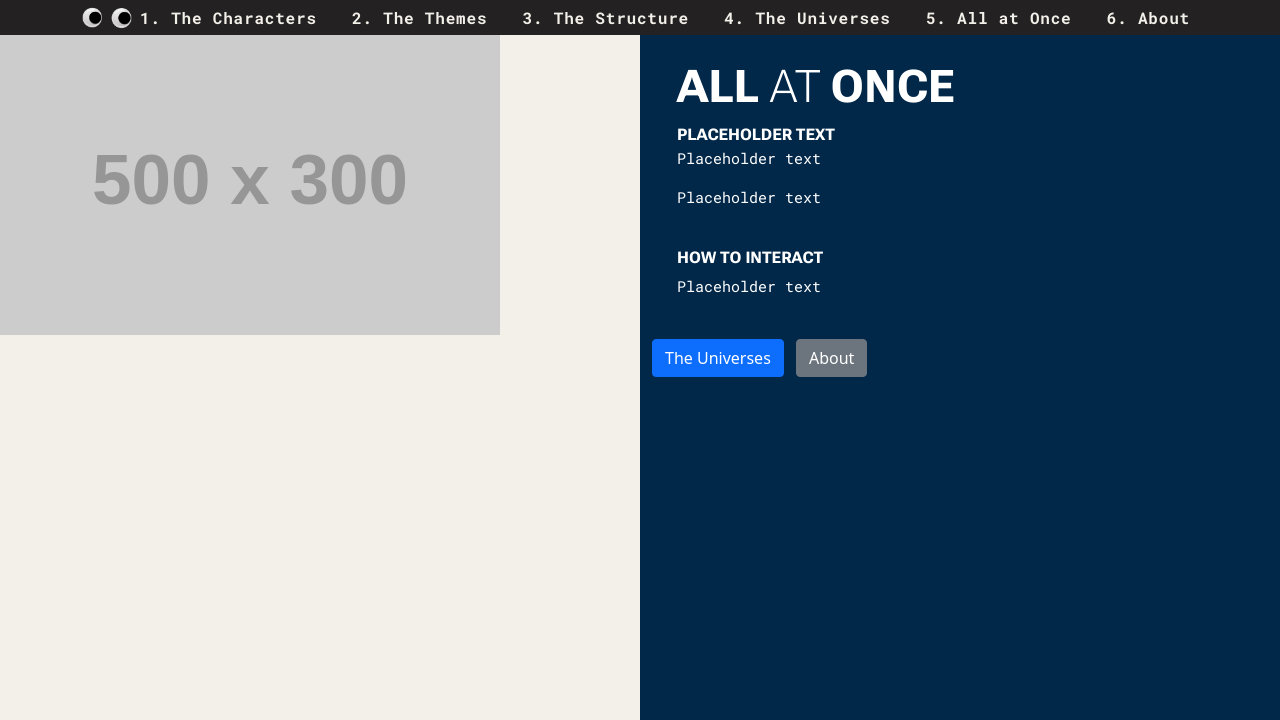
Repository: angelica-hom/msdv-thesis
Page: once.html
The author's editor kept a record of every edit. The page is drawn from the files as they stood at one moment, then again after the next edit.
The browser window is 1280 px wide. The pictures show the whole page.

Above is the page before.

After the next edit:
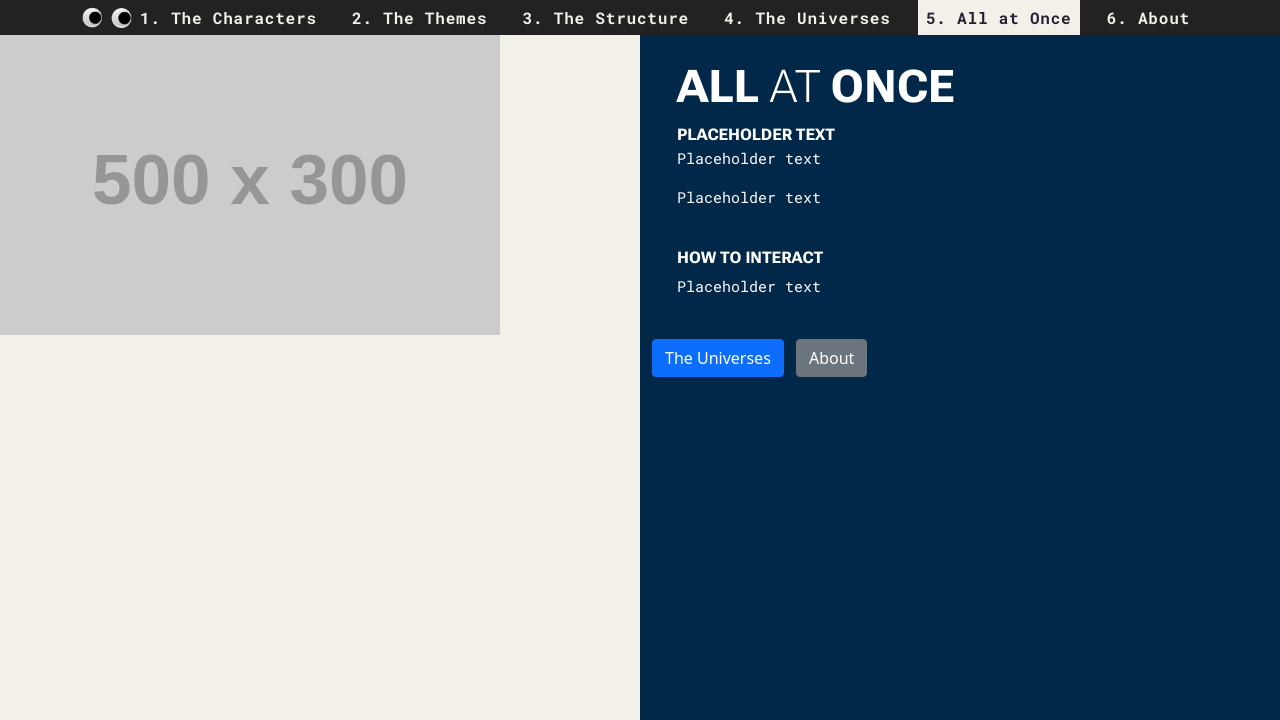
The edit:
--- a/once.css
+++ b/once.css
@@ -49,10 +49,26 @@
     background-color: #F3EFE9; /* New background color on hover */
 }
 
-a:focus, a:active, a:hover {
-  outline: none;
-  text-decoration: none;
-  color: #F3EFE9; /* Set the desired color for the links */
+/* Change the background-color and color for the "Characters" button */
+.btn-selected {
+    background-color: #F3EFE9 !important;
+    color: #232133 !important;
+}
+
+/*a:focus, a:active, a:hover {*/
+/*  outline: none;*/
+/*  text-decoration: none;*/
+  /*color: #F3EFE9; /* Set the desired color for the links */
+/*}*/
+
+/* Change the color of an inactive (unvisited) hyperlink */
+a {
+    color: #08BDBD; /* Replace with your desired color */
+}
+
+/* Change the color of a hyperlink when hovered over */
+a:hover {
+    color: #5A9; /* Replace with your desired color */
 }
 
 /* LEFT SECTION STYLE */
